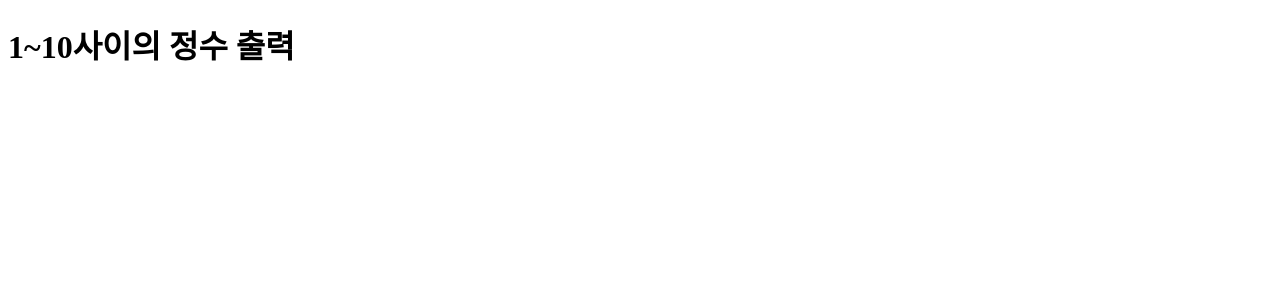
Repository: skim24245/web_workspace_src
Page: http://localhost/Lecture-Web/jsp/basic/exam01.jsp
These files come from the project's save history. The page is drawn as it stood at one moment and after the next save; the edit follows.
The browser window is 1280 px wide. The pictures show the whole page.
The page is served by Tomcat 9.

Above is the page before, as saved 2022-06-02 05:30:27.

After the next save:
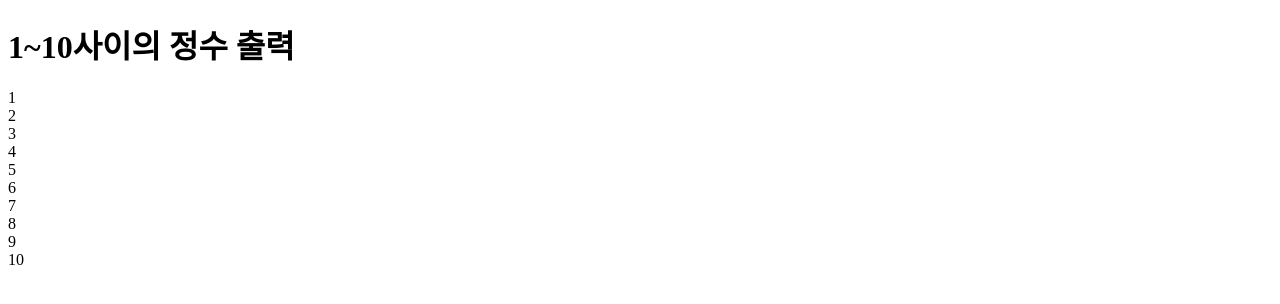
Saved 40 s later.
--- a/Lecture-Web/src/main/webapp/jsp/basic/exam01.jsp
+++ b/Lecture-Web/src/main/webapp/jsp/basic/exam01.jsp
@@ -11,7 +11,7 @@
 <%
 
 for (int i=1; i <=10 ; i++){
-	out.println();
+	out.println(i + "<br>");
 }
 %>
 
